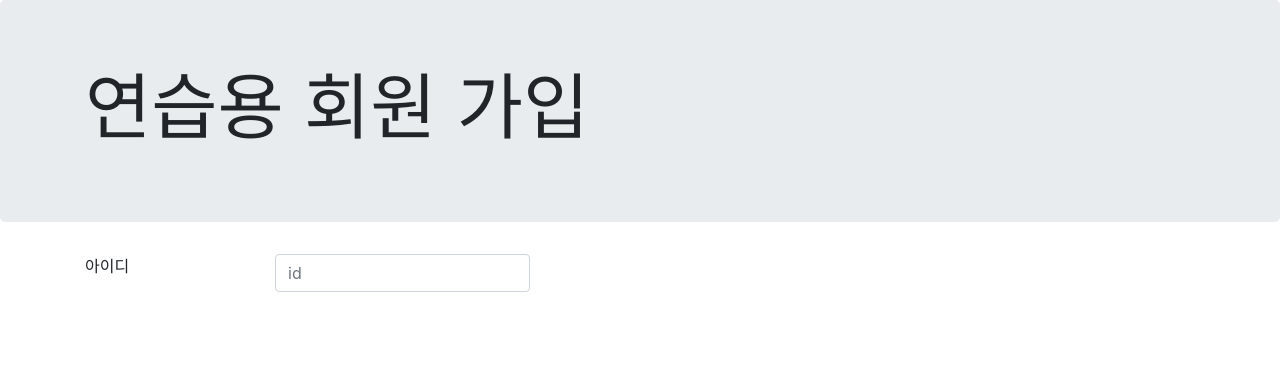
Repository: hodob/JSP_Practice
Page: http://localhost/JSP_WebMarket_JJH/ch06_ex/sign_up.jsp
An editor plug-in stored every save of this project. The page is shown before and after the next save, followed by the edit.
The browser window is 1280 px wide. The pictures show the whole page.
The page is served by Tomcat 9. Other server files are loaded and not shown.

Above is the page before, as saved 2022-08-10 07:49:22.

### JSP_WebMarket_JJH/WebContent/ch06_ex/sign_up.jsp
<%@ page contentType="text/html; charset=utf-8"%>
<%@ taglib prefix="c" uri="http://java.sun.com/jsp/jstl/core"%>
<html>
<head>
<link rel="stylesheet" href="../resources/css/bootstrap.min.css" />
<script type="text/javascript">
	function checkForm() {
		if (!document.newMember.id.value) {
			alert("아이디를 입력하세요.");
			return false;
		}

		if (!document.newMember.password.value) {
			alert("비밀번호를 입력하세요.");
			return false;
		}

		if (document.newMember.password.value != document.newMember.password_confirm.value) {
			alert("비밀번호를 동일하게 입력하세요.");
			return false;
		}
	}
</script>
<title>회원 가입</title>
</head>
<body>
	<div class="jumbotron">
		<div class="container">
			<h1 class="display-3">연습용 회원 가입</h1>
		</div>
	</div>

	<div class="container">
		<form name="newMember" class="form-horizontal"  action="process_sign_up.jsp" method="post" onsubmit="return checkForm()">
			<div class="form-group  row">
				<label class="col-sm-2 ">아이디</label>
				<div class="col-sm-3">
					<input name="id" type="text" class="form-control" placeholder="id" >
				</div>
			</div>
		</form>
	</div>
</body>
</html>

Loaded but not shown: JSP_WebMarket_JJH/WebContent/resources/css/bootstrap.min.css (library)

After the next save:
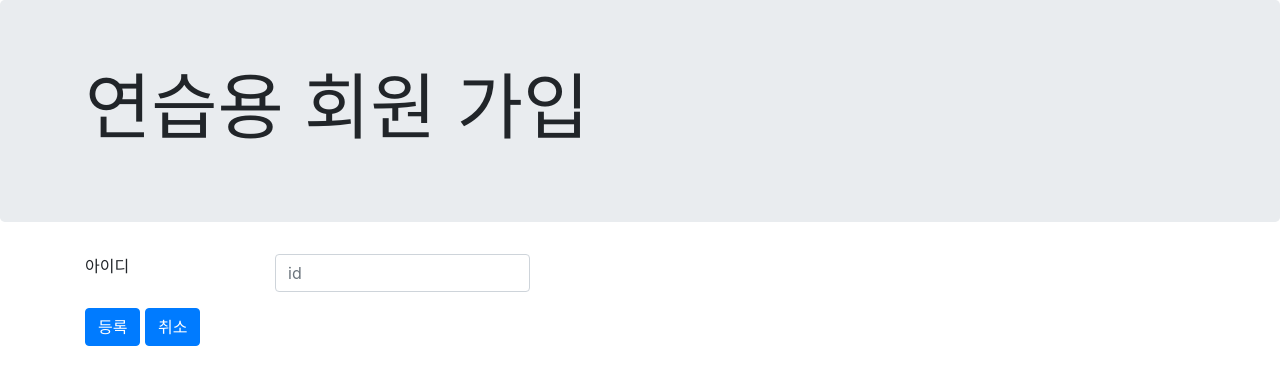
Saved 53 s later.
--- a/JSP_WebMarket_JJH/WebContent/ch06_ex/sign_up.jsp
+++ b/JSP_WebMarket_JJH/WebContent/ch06_ex/sign_up.jsp
@@ -38,6 +38,13 @@
 					<input name="id" type="text" class="form-control" placeholder="id" >
 				</div>
 			</div>
+
+			<div class="form-group  row">
+				<div class="col-sm-offset-2 col-sm-10 ">
+					<input type="submit" class="btn btn-primary " value="등록 " >
+					<input type="reset" class="btn btn-primary " value="취소 " onclick="reset()" >
+				</div>
+			</div>
 		</form>
 	</div>
 </body>
